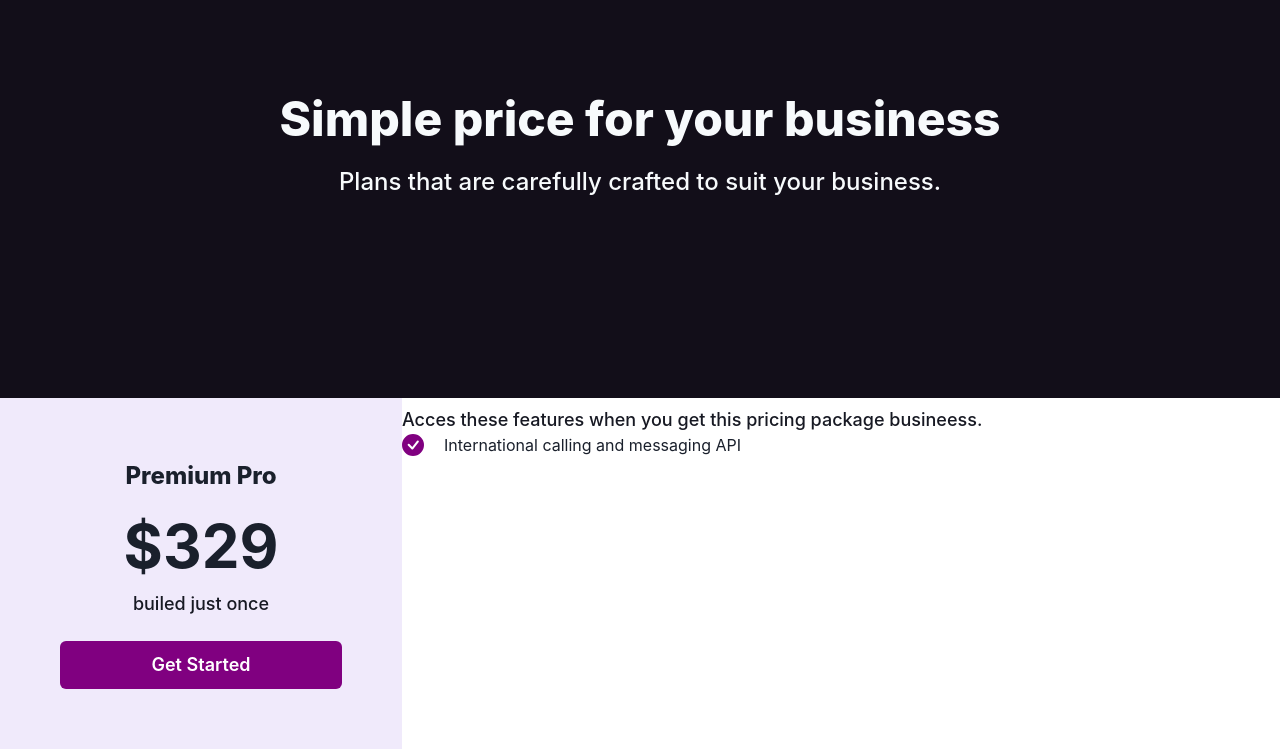
Repository: noutijo/learn-in-depth-chakra-ui
Page: /
An editor plug-in stored every save of this project. The page is shown before and after the next save, followed by the edit.
The browser window is 1280 px wide. The pictures show the whole page.
The project was rebuilt for these pictures with package versions that can differ from the ones it lists, and the page was loaded fresh each time. Also part of the build but not shown: vite.config.ts.

Above is the page before, as saved 2023-01-30 16:06:45.

After the next save:
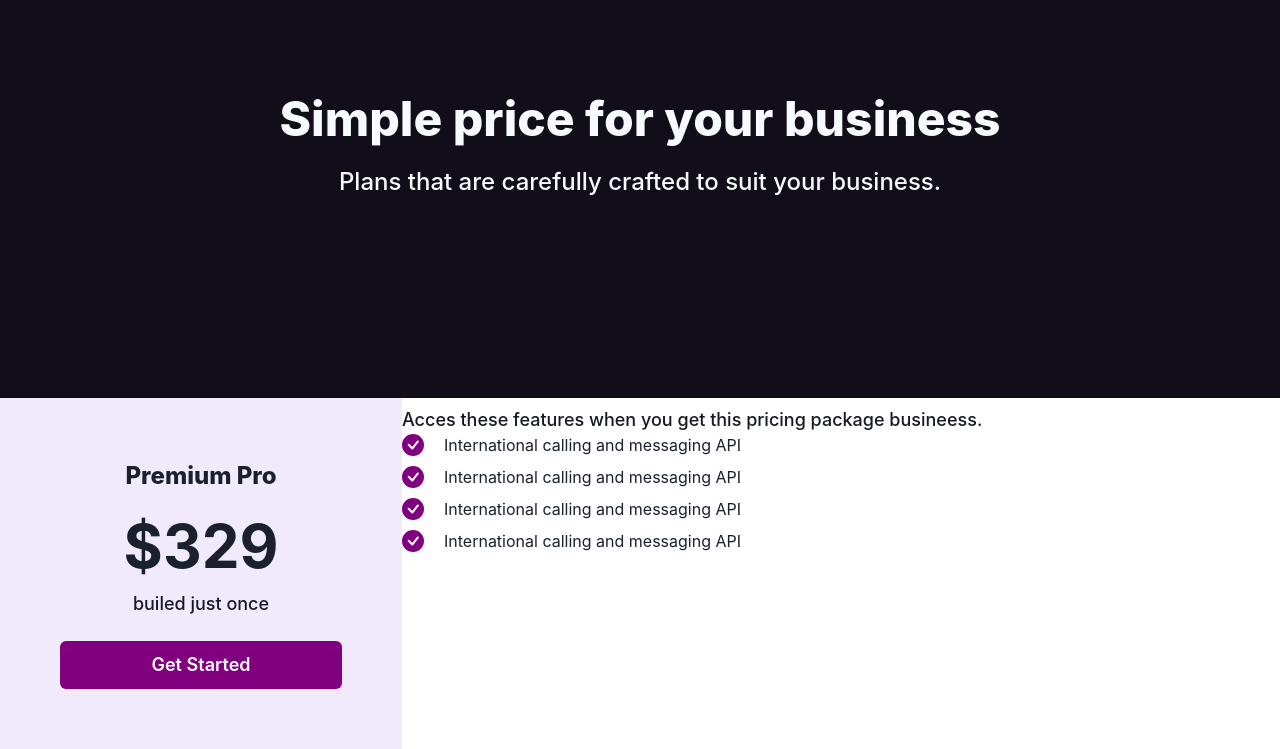
Saved 21 s later.
--- a/src/components/Pricing.tsx
+++ b/src/components/Pricing.tsx
@@ -43,6 +43,9 @@ export function Pricing() {
           </Text>
           <Stack as="ul">
            <ListItem>International calling and messaging API</ListItem>
+           <ListItem>International calling and messaging API</ListItem>
+           <ListItem>International calling and messaging API</ListItem>
+           <ListItem>International calling and messaging API</ListItem>
           </Stack>
         </Box>
       </Flex>
